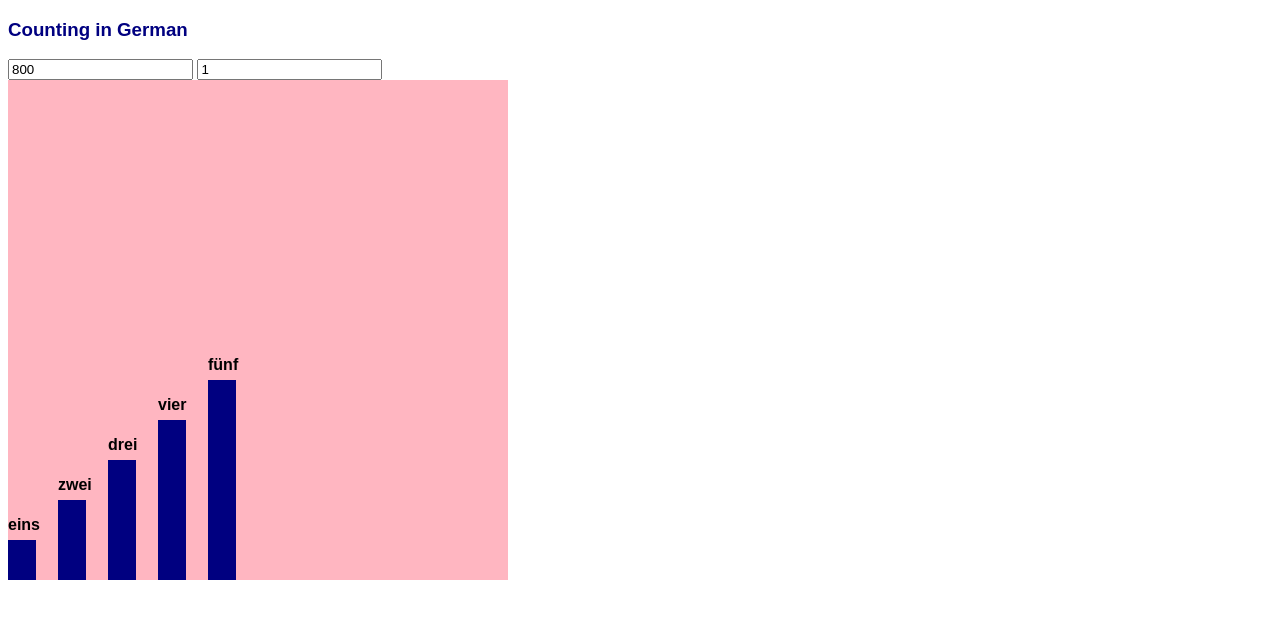
Repository: salonieshah/thesis
Page: bar-chart-vue-d3/index.html
The author's editor kept a record of every edit. The page is drawn from the files as they stood at one moment, then again after the next edit.
The browser window is 1280 px wide. The pictures show the whole page.

Above is the page before.

### bar-chart-vue-d3/index.html
<!DOCTYPE html>
<html>

<head>
  <meta charset="utf-8">
  <title>Simple Vue Bar Chart</title>
  <link rel="stylesheet" href="style.css">
  <!-- provided some basic styles, which elements are transitioned might be interesting to look at -->
  <script src="https://d3js.org/d3.v5.min.js"></script>
  <!-- D3 here -->
  <script src="https://cdn.jsdelivr.net/npm/vue/dist/vue.js"></script>
  <!-- and Vue here -->
</head>

<body>
  <!-- This is our container div, that we will reference in our script-->
  <div id="bars">
    <div id="center">
      <h3>{{ chartTitle }}</h3>
    </div>
    <div>
      <input type="text" v-model="svgWidth"/>
      <input type="text" v-model="data[0].val"/>
    </div>
    <svg :height="svgHeight"  :width="svgHeight" >
    <!--<svg v-bind:height="svgHeight"> --> <!--Adding : or v-bind and colon can connect it to attribute-->

        <!--<rect x="10" y="10" width="40" height="100"/> -->
       <rect v-for="(element, index) in data"
          :height="element.val*40"
          :width="28"
          :x="index*50"
          :y="svgHeight-element.val*40"
          fill="navy"
        />
        <text v-for="(element, index) in data"
          :x="index*50"
          :y="svgHeight-element.val*40 - 10"
          >
          {{ element.name }}
        </text>
    </svg>
  </div>
  <!-- It’s important that your script is at the bottom of your body,
  because we need the DOM to be ready-->
  <script src="script.js"></script>
</body>

</html>

### bar-chart-vue-d3/style.css
html {
  font-family: Arial, Helvetica, sans-serif;
  font-weight: 900;
  color: navy
}

#bars {
  margin: 0 auto;
}

svg {
  background-color: lightpink;
}

rect {
  transition: all 0.4s ease-in-out 0.4s;
}

### bar-chart-vue-d3/script.js
/* global Vue */

var app = new Vue({
  // This is the id of our referenced div-element
  // only this element and everything in it
  // will be connected to the data
  el: '#bars',
  data: { // Has to be called data
    chartTitle: "Counting in German",
    svgHeight: 500,
    svgWidth: 800,
    data: [
      { name: "eins", val: 1 },
      { name: "zwei", val: 2 },
      { name: "drei", val: 3 },
      { name: "vier", val: 4 },
      { name: "fünf", val: 5 }
    ]
  },
  // computed
})

After the next edit:
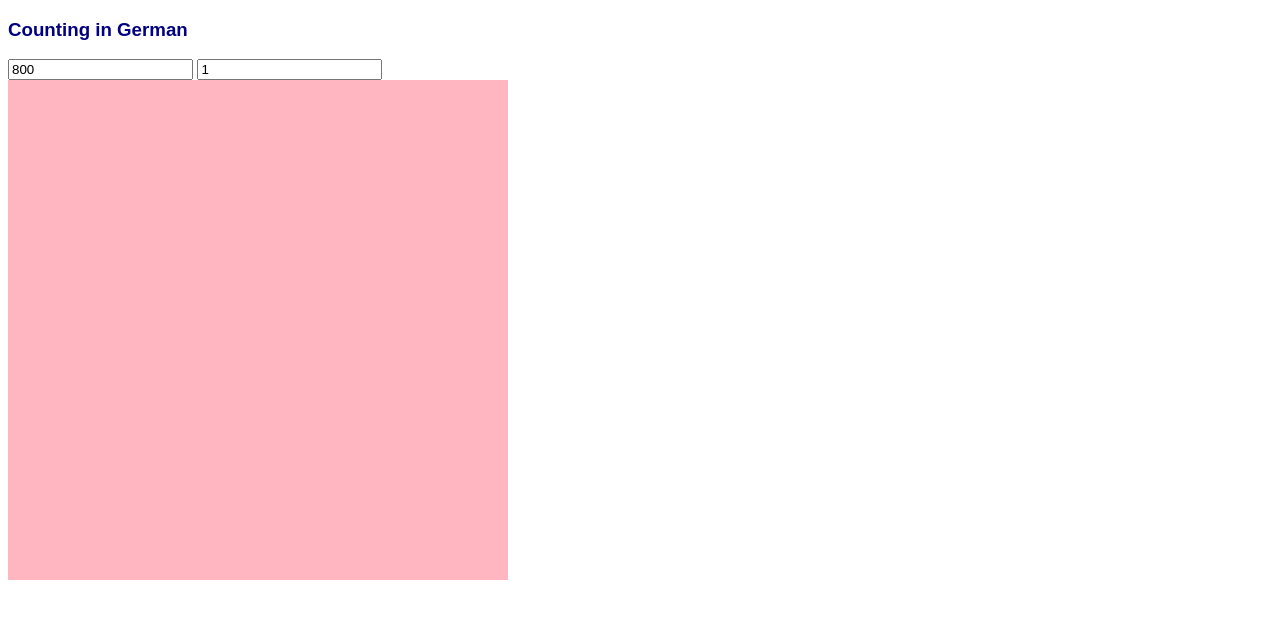
The edit:
--- a/bar-chart-vue-d3/index.html
+++ b/bar-chart-vue-d3/index.html
@@ -24,7 +24,7 @@
     </div>
     <svg :height="svgHeight"  :width="svgHeight" >
     <!--<svg v-bind:height="svgHeight"> --> <!--Adding : or v-bind and colon can connect it to attribute-->
-
+      <g
         <!--<rect x="10" y="10" width="40" height="100"/> -->
        <rect v-for="(element, index) in data"
           :height="element.val*40"

After the 2 edits that followed:
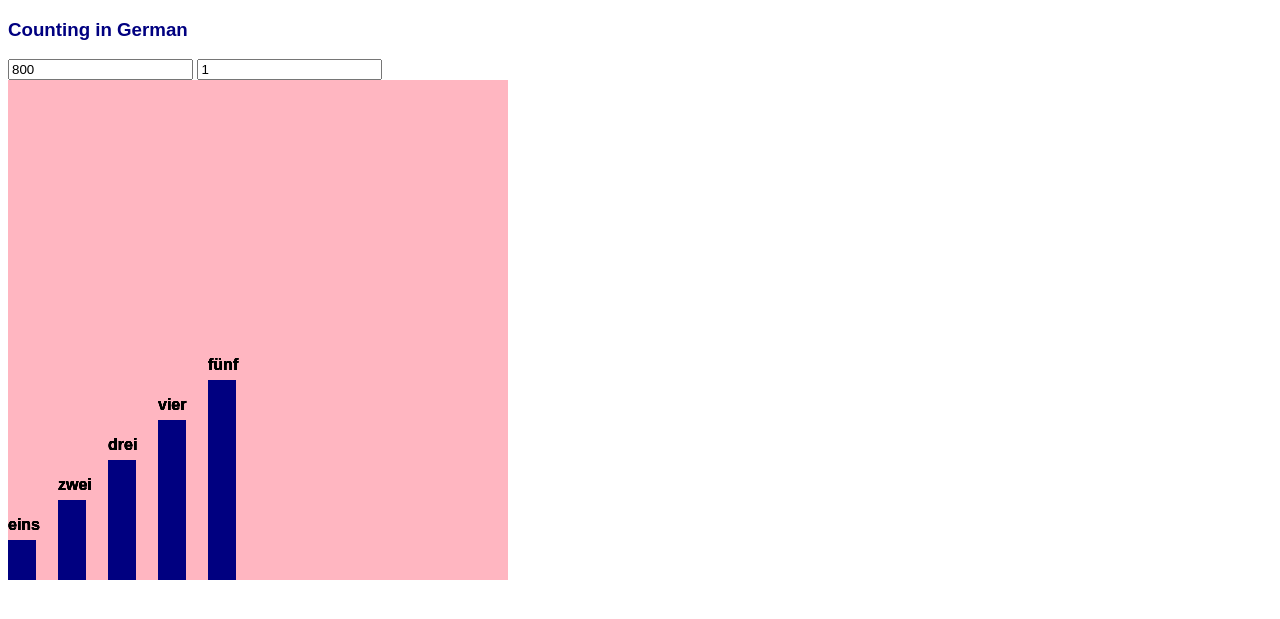
The 2 edits are shown as one change because 1 left the picture as it was.
The edit:
--- a/bar-chart-vue-d3/index.html
+++ b/bar-chart-vue-d3/index.html
@@ -24,9 +24,9 @@
     </div>
     <svg :height="svgHeight"  :width="svgHeight" >
     <!--<svg v-bind:height="svgHeight"> --> <!--Adding : or v-bind and colon can connect it to attribute-->
-      <g
+      <g v-for="(element, index) in data">
         <!--<rect x="10" y="10" width="40" height="100"/> -->
-       <rect v-for="(element, index) in data"
+       <rect
           :height="element.val*40"
           :width="28"
           :x="index*50"
